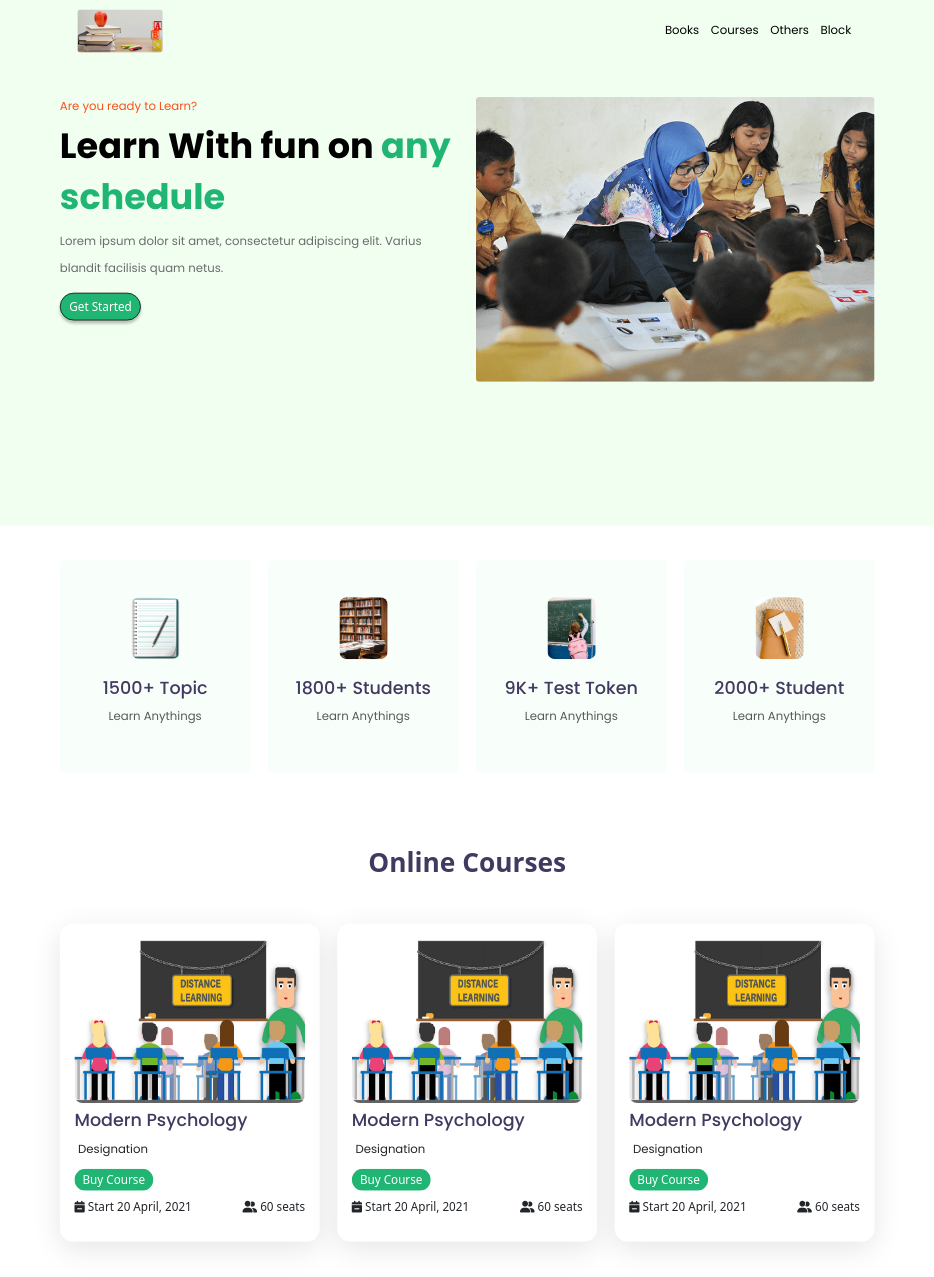
Repository: zjria/Figma-to-E-school
Page: index.html
These files come from the project's save history. The page is drawn as it stood at one moment and after the next save; the edit follows.
The browser window is 1280 px wide. The pictures show the whole page, at 73% of full size.
Some web libraries are served in a nearby version.

Above is the page before, as saved 2022-05-07 08:21:52.

### index.html
<!doctype html>
<html lang="en">
  <head>
    <!-- Required meta tags -->
    <meta charset="utf-8">
    <meta name="viewport" content="width=device-width, initial-scale=1">
    <title>E-School</title>

    <!-- Google Font family -->
    <link rel="preconnect" href="https://fonts.googleapis.com">
    <link rel="preconnect" href="https://fonts.gstatic.com" crossorigin>
    <link href="https://fonts.googleapis.com/css2?family=Poppins:wght@100;300;400;500;600;700;800;900&display=swap" rel="stylesheet">
    <!-- Bootstrap CSS -->
    <link href="https://cdn.jsdelivr.net/npm/bootstrap@5.0.2/dist/css/bootstrap.min.css" rel="stylesheet">
    <!-- Font awesome -->
    <link rel="stylesheet" href="https://cdnjs.cloudflare.com/ajax/libs/font-awesome/6.1.1/css/all.min.css">
    <!-- custom css -->
    <link rel="stylesheet" href="style.css">
  </head>
  <body>
    <section class="hero-section">
        <div class="container">
            <div class="row">
                <nav class="navbar navbar-expand-md navbar-light">
                    <div class="container-fluid">
                      <a class="navbar-brand" href="#"><img class="img-fluid rounded-3" src="images/logo.png" alt=""></a>
                      <button class="navbar-toggler" type="button" data-bs-toggle="collapse" data-bs-target="#navbarSupportedContent" aria-controls="navbarSupportedContent" aria-expanded="false" aria-label="Toggle navigation">
                        <span class="navbar-toggler-icon"></span>
                      </button>
                      <div class="collapse navbar-collapse" id="navbarSupportedContent">
                        <ul class="navbar-nav me-auto mb-2 mb-lg-0">
                          <li class="nav-item">
                            <a class="nav-link" href="#">Books</a>
                          </li>
                          <li class="nav-item">
                            <a class="nav-link" href="#">Courses</a>
                          </li>
                          <li class="nav-item">
                            <a class="nav-link" href="#">Others</a>
                          </li>
                          <li class="nav-item">
                            <a class="nav-link" href="#">Block</a>
                          </li>
                        </ul>

                      </div>
                    </div>
                  </nav>
            </div>
            <!-- Header Content Section -->
            <div class="row pt-5">
              <div class="col-md-6 hero-content">
                <h5>Are you ready to Learn?</h5>
                <h1>Learn With fun on <span>any schedule</span></h1>
                <p>Lorem ipsum dolor sit amet, consectetur adipiscing elit. Varius blandit facilisis quam netus.</p>
                <a href="" class="btn btn-custom">Get Started</a>
              </div>
              <div class="col-md-6">
                <img src="images/hero-img.png" class="img-fluid rounded-3" alt="">
              </div>
            </div>
        </div>
    </section>

     <!-- Feature -->
     <section class="feature mt-5 mb-5">
      <div class="container">
        <div class="row">
          <div class="col-md-3">
            <div class="feature-content text-center">
              <img src="images/price-1.png" class="img-fluid" alt="">
              <h3>1500+ Topic</h3>
              <p>Learn Anythings</p>
            </div>
          </div>
          <div class="col-md-3">
            <div class="feature-content text-center">
              <img src="images/price-2.png" class="img-fluid" alt="">
              <h3>1800+ Students</h3>
              <p>Learn Anythings</p>
            </div>
          </div>
          <div class="col-md-3">
            <div class="feature-content text-center">
              <img src="images/price-3.png" class="img-fluid" alt="">
              <h3>9K+ Test Token</h3>
              <p>Learn Anythings</p>
            </div>
          </div>
          <div class="col-md-3">
            <div class="feature-content text-center">
              <img src="images/price-4.png" class="img-fluid" alt="">
              <h3>2000+ Student</h3>
              <p>Learn Anythings</p>
            </div>
          </div>
        </div>
      </div>
     </section>

     <!-- Online Course -->
     <section class="online-course p-5">
       <div class="container">
         <div class="row">
          <div class="col-12 online-header">
            <h1 class="text-center pb-5">Online Courses</h1>
           </div>
         </div>
         <div class="row">
           <div class="col-md-4">
            <div class="course">
              <img src="images/online-1.png" class="img-fluid" alt="">
              <h2>Modern Psychology</h2>
              <h6>Designation</h6>
              <a href="" class="btn btn-cours">Buy Course</a>
              <ul>
                <li><i class="fa-solid fa-calendar-minus"></i> Start 20  April, 2021</li>
                <li><i class="fa-solid fa-user-group"></i> 60 seats</li>
              </ul>
            </div>
           </div>
           <div class="col-md-4">
            <div class="course">
              <img src="images/online-1.png" class="img-fluid" alt="">
              <h2>Modern Psychology</h2>
              <h6>Designation</h6>
              <a href="" class="btn btn-cours">Buy Course</a>
              <ul>
                <li><i class="fa-solid fa-calendar-minus"></i> Start 20  April, 2021</li>
                <li><i class="fa-solid fa-user-group"></i> 60 seats</li>
              </ul>
            </div>
           </div>
           <div class="col-md-4">
            <div class="course">
              <img src="images/online-1.png" class="img-fluid" alt="">
              <h2>Modern Psychology</h2>
              <h6>Designation</h6>
              <a href="" class="btn btn-cours">Buy Course</a>
              <ul>
                <li><i class="fa-solid fa-calendar-minus"></i> Start 20  April, 2021</li>
                <li><i class="fa-solid fa-user-group"></i> 60 seats</li>
              </ul>
            </div>
           </div>
         </div>
       </div>
     </section>






    <!-- Option 1: Bootstrap Bundle with Popper -->
    <script src="https://cdn.jsdelivr.net/npm/bootstrap@5.0.2/dist/js/bootstrap.bundle.min.js"></script>
  </body>
</html>

### style.css
/* font-family: 'Poppins', sans-serif; */
.hero-section{
    background: #F0FFF0;
    min-height: 100vh;
}
.navbar-light .navbar-nav .nav-link {
    color: rgb(0, 0, 0);
    font-family: 'Poppins', sans-serif;
    font-style: normal;
    font-weight: 400;
    font-size: 16px;
    line-height: 24px;
}
.navbar-light .navbar-nav .nav-link:hover {
    color: #C2B49D;
}
.navbar-brand img{
    width: 15%;
}
.hero-content h5 {
    font-family: 'Poppins';
    font-style: normal;
    font-weight: 400;
    font-size: 16px;
    line-height: 24px;
    color: #FD511A;
}
.hero-content h1 {
    font-family: 'Poppins';
    font-style: normal;
    font-weight: 700;
    font-size: 48px;
    line-height: 70px;
    color: #000000;
}
.hero-content h1 span{
    color: #21B573
}
.hero-content p {
    font-family: 'Poppins';
    font-style: normal;
    font-weight: 400;
    font-size: 16px;
    line-height: 36px;
    color: #6C6B6B;
}
.btn-custom{
    background: #21B573;
    border: 1px solid #000000;
    box-shadow: 0px 4px 4px rgba(0, 0, 0, 0.25);
    border-radius: 33px;
    color: #fff;
}
.feature-content{
    background: #F8FFFB;
    padding: 50px 0;
}
.feature-content img{
    width: 66px;
    height: 85px;
    margin-bottom: 22px;
    border-radius: 10px;

}
.feature-content h3{
font-family: 'Poppins';
font-style: normal;
font-weight: 500;
font-size: 24px;
line-height: 36px;color: #413960;
}
.feature-content p{
font-family: 'Poppins';
font-style: normal;
font-weight: 400;
font-size: 16px;
line-height: 24px;color: #585859;
}
.feature-content:hover{
    background: #FFFFFF;
    box-shadow: 0px 20px 40px rgba(0, 0, 0, 0.1);
    border-radius: 10px;
}
/* Online Course */
.course {

background: #FFFFFF;
box-shadow: 0px 10px 40px rgba(0, 0, 0, 0.1);
border-radius: 18px;padding: 20px;}
.course img{

border-radius: 11px;}
.course h2{

font-family: 'Poppins';
font-style: normal;
font-weight: 500;
font-size: 24px;
line-height: 36px;color: #413960;padding: 5px 0px;margin: 0;}
.course h6{

margin: 0;font-family: 'Poppins';

font-weight: 400;

line-height: 24px;margin: 5px;}
.course .btn-cours{

background: #21B573;
border-radius: 33px;color: #fff;padding: 2px 10px;margin: 10px 0px;}
.course ul{

display: flex;justify-content: space-between;padding: 0;}
.course ul li {

list-style: none;margin: 0px;padding: 0px;}
.course ul li i{

}
.online-header h1{

color: #413960;font-weight: 700;
font-size: 36px;
line-height: 54px;}

After the next save:
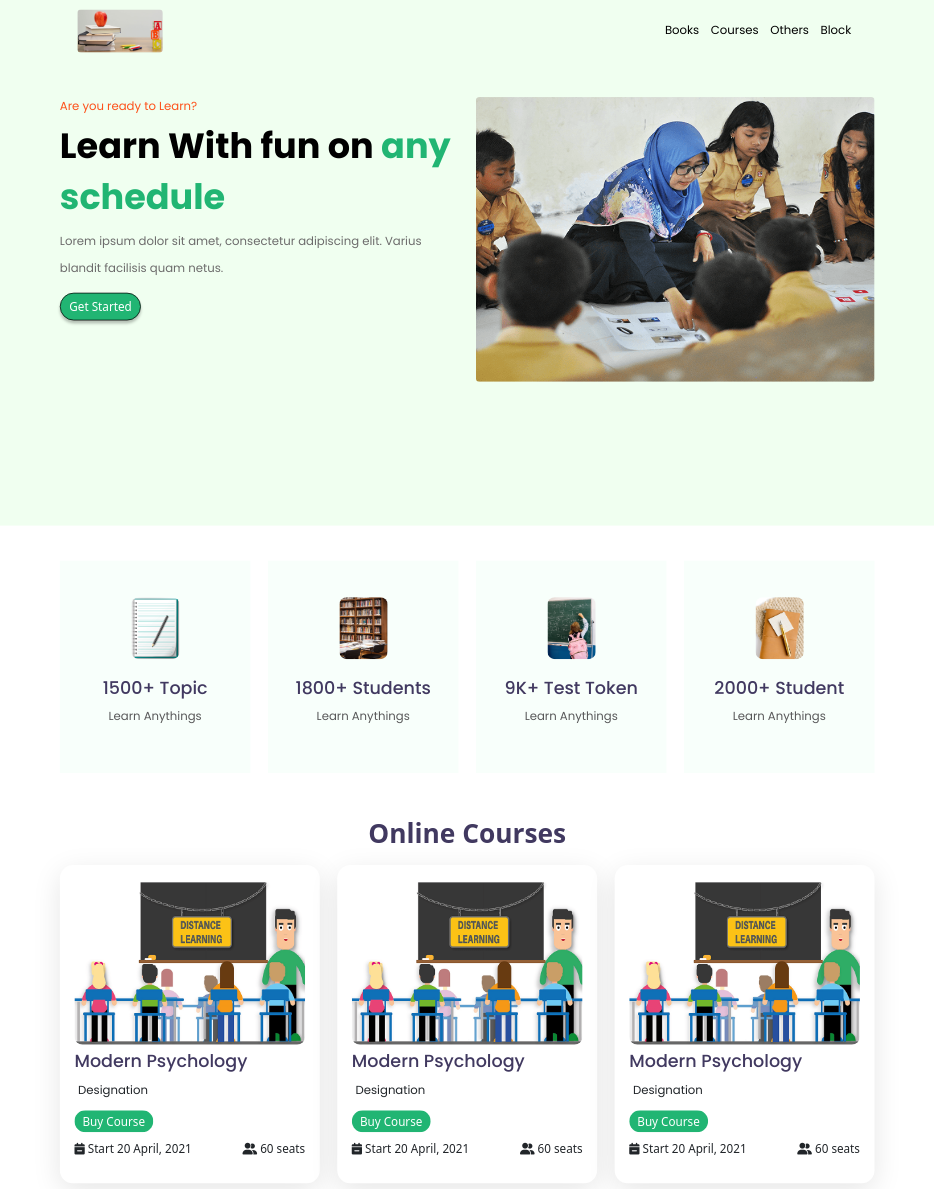
Saved 30 s later.
--- a/index.html
+++ b/index.html
@@ -99,11 +99,11 @@
      </section>
 
      <!-- Online Course -->
-     <section class="online-course p-5">
+     <section class="online-course p-2">
        <div class="container">
          <div class="row">
           <div class="col-12 online-header">
-            <h1 class="text-center pb-5">Online Courses</h1>
+            <h1 class="text-center pb-2">Online Courses</h1>
            </div>
          </div>
          <div class="row">
